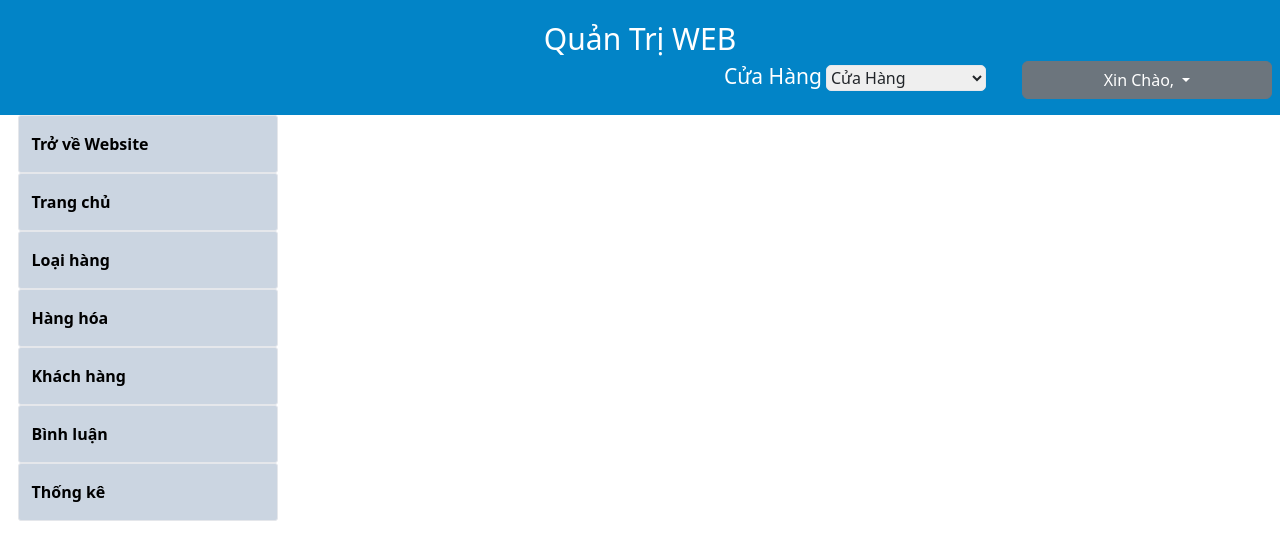
Repository: Leduc20/Website-Shopping-Clothes-Men-master
Page: http://localhost/webbanhang/admin/?danh-muc
The author's editor kept a copy of each file at every save. The page is drawn from the files as they stood at one save, then again after a run of saves.
The browser window is 1280 px wide. The pictures show the whole page.
Some web fonts or font styles are not loaded; a fallback is used. Some web libraries are served in a nearby version. The page is run by PHP 8.4 with error messages shown; the project is at /var/www/html/.

Above is the page before, as saved 2022-11-14 19:18:11.

### admin/index.php
<?php
    require_once '../global.php';
    require_once '../model/pdo.php';
    if(isset($_GET['danh-muc'])){
        $VIEW_AD = './danh-muc/index.php';
    }
    else{
        $VIEW_AD = 'home.php';
    }
    // require_once '../admin/danh-muc/index.php';

    include_once '../admin/layout.php';

?>

### global.php
<?php

function dd(){
    echo "<pre>";
    $args = func_get_args();
    var_dump($args);
    die;
}


const BASE_URL = "http://localhost/WEBBANHANG/";
const SITE_URL = BASE_URL . "site/index.php";
const ADMIN_BASE = BASE_URL . 'admin/';


?>

### model/pdo.php
<?php
const DBNAME = "mvc";
const DBUSER = "root";
const DBPASS = "";
const DBCHARSET = "utf8";
const DBHOST = "127.0.0.1";

// tạo kết nối từ project php sang mysql
function getConnect(){
    $connect = new PDO("mysql:host=" . DBHOST
                        . ";dbname=" . DBNAME
                        . ";charset=" . DBCHARSET,
                        DBUSER,
                        DBPASS
            );
    return $connect;
}



function pdo_query_all($query){
    // select * from users where email = ? or role_id = ?

    $args = func_get_args();
    $args = array_slice($args, 1);

    $conn = getConnect();

    $stmt = $conn->prepare($query);
    $stmt->execute($args);
    $data = $stmt->fetchAll();
    if(count($data) > 0){
        return $data;
    }

    return [];

}


function pdo_query_one($query){
    // select * from users where email = ? or role_id = ?

    $args = func_get_args();
    $args = array_slice($args, 1);

    $conn = getConnect();

    $stmt = $conn->prepare($query);
    $stmt->execute($args);
    $data = $stmt->fetch();
    if(count($data) > 0){
        return $data;
    }
    return null;

}


function pdo_execute_get_id($query){

    $args = func_get_args();
    $args = array_slice($args, 1);

    $conn = getConnect();

    $stmt = $conn->prepare($query);
    $stmt->execute($args);
    $lastId =  $conn->lastInsertId();
    return $lastId;
}


function pdo_execute($query){

    $args = func_get_args();
    $args = array_slice($args, 1);

    $conn = getConnect();

    $stmt = $conn->prepare($query);
    $stmt->execute($args);

}
?>

### admin/layout.php
<!DOCTYPE html>
<html lang="en">

<head>
    <meta charset="UTF-8">
    <meta http-equiv="X-UA-Compatible" content="IE=edge">
    <meta name="viewport" content="width=device-width, initial-scale=1.0">
    <title>Show_Product</title>
    <script src="https://cdn.tailwindcss.com"></script>
    <link rel="stylesheet" href="https://cdn.jsdelivr.net/npm/bootstrap@5.2.0/dist/css/bootstrap.min.css">
    <script src="https://cdn.jsdelivr.net/npm/bootstrap@5.2.0/dist/js/bootstrap.bundle.min.js"></script>
    <link rel="stylesheet" href="../public/icon/fontawesome-free-6.1.1-web/css/all.min.css">
    <script src="https://ajax.aspnetcdn.com/ajax/jQuery/jquery-3.2.1.min.js"></script>
    <script src="http://ajax.aspnetcdn.com/ajax/jquery.validate/1.9/jquery.validate.min.js" type="text/javascript"></script>
</head>

<body>
    <section class="">
        <section class="bg-sky-600 py-3 px-2">
            <?php include_once $VIEW_ADMIN = 'header.php'; ?>
        </section>
        <div class="flex px-2">
            <div>
                <?php include_once $VIEW_ADMIN = 'menu.php'; ?>
            </div>
            <div>
                <?php include_once $VIEW_AD ?>
            </div>
        </div>
    </section>
</body>

</html>

### admin/header.php
<p class="text-center text-white text-[30px]">Quản Trị WEB</p>
        <div class="flex justify-end">
            <form action="">
                <span class="text-white text-[21px]">Cửa Hàng</span>
                <select name="" id="" class="border-[1px] w-[160px] rounded-[5px]">
                    <option value="">Cửa Hàng</option>
                    <option value="">A</option>
                    <option value="">b</option>
                    <option value="">c</option>
                </select>
            </form>
            <div class="dropdown ml-9 w-[250px]">
                <span class="btn btn-secondary dropdown-toggle w-[250px]" href="#" role="button" data-bs-toggle="dropdown" aria-expanded="false">

                    Xin Chào,<?php
                                if (isset($_SESSION['user'])) {
                                    extract($_SESSION['user']);
                                    echo '<span class="">' . $name . '</span>';
                                }

                                ?>
                </span>

                <ul class="dropdown-menu">
                    <li><a class="dropdown-item" href="#"><i class="fa-solid fa-user"></i>Tài khoản</a></li>
                    <li><a class="dropdown-item" href="index.php?act=thoat"><i class="fa-solid fa-arrow-right-from-bracket"></i>Thoát</a></li>

                </ul>
            </div>
        </div>

### admin/menu.php
<div  class="w-[270px]">
            <ul>
                <li class="ml-[10px] py-3 ml-1 border-[1px] bg-slate-300 rounded-[3px] font-bold hover:bg-white">
                    <a class="no-underline text-black" href="<?= SITE_URL . "?list-danh-muc"?>"><i class="fa-solid fa-house"></i>Trở về Website</a>
                </li>
                <li class="ml-[10px] py-3 ml-1 border-[1px] bg-slate-300 rounded-[3px] font-bold hover:bg-white">
                    <a class="no-underline text-black" href="index.php"><i class="fa-solid fa-store"></i>Trang chủ</a>
                </li>
                <li class="ml-[10px] py-3 ml-1 border-[1px] bg-slate-300 rounded-[3px] font-bold hover:bg-white">
                    <a class="no-underline text-black" href="<?= ADMIN_BASE . "?danh-muc"?>"><i class="fa-solid fa-list"></i>Loại hàng</a>
                </li>
                <li class="ml-[10px] py-3 ml-1 border-[1px] bg-slate-300 rounded-[3px] font-bold hover:bg-white">
                    <a class="no-underline text-black" href="index.php?act=addhh"><i class="fa-solid fa-cart-shopping"></i>Hàng hóa</a>
                <li class="ml-[10px] py-3 ml-1 border-[1px] bg-slate-300 rounded-[3px] font-bold hover:bg-white">
                    <a class="no-underline text-black" href="index.php?act=addkh"><i class="fa-solid fa-users"></i>Khách hàng</a>
                </li>
                <li class="ml-[10px] py-3 ml-1 border-[1px] bg-slate-300 rounded-[3px] font-bold hover:bg-white">
                    <a class="no-underline text-black" href="index.php?act=dsbl"><i class="fa-solid fa-comments"></i>Bình luận</a>
                </li>
                <li class="ml-[10px] py-3 ml-1 border-[1px] bg-slate-300 rounded-[3px] font-bold hover:bg-white">
                    <a class="no-underline text-black" href="index.php?act=dstk"><i class="fa-solid fa-chart-simple"></i>Thống kê</a>
                </li>
            </ul>
        </div>

### admin/danh-muc/index.php
<?php

define('__ROOT__', dirname(dirname(__FILE__)));
require_once '../global.php';
require_once  '../model/pdo.php';
require_once  '../model/category_dao.php';
if(isset($_GET['add-danh-muc'])){
    $VIEW_AD = './danh-muc/add-danh-muc.php';
}elseif(isset($_GET['edit-danh-muc'])){
    $VIEW_AD = './danh-muc/edit-danh-muc.php';
}
else{
    $VIEW_AD = 'danh-sach.php';
}


// if(isset($_GET['tao-moi'])){
//     $VIEW_NAME = 'tao-form.php';
// }elseif(isset($_GET['sua'])){
//     $id = $_GET['id'];
//     $VIEW_NAME = 'sua-form.php';
// }elseif(isset($_GET['xoa'])){
//     require_once '../../dao/product_dao.php';
//     $id = $_GET['id'];
//     product_remove_by_cate_id($id);
//     category_remove_by_id($id);
//     header('location: ' . ADMIN_BASE . '/danh-muc/index.php');
//     die;
//     // thực hiện hành động xoá
//     // điều hướng về danh sách
// }else{
//     $VIEW_NAME = 'danh-sach.php';
// }
?>

### model/category_dao.php
<?php
function category_remove_by_id($cate_id){
    $query = "delete from categories where id = ?";
    pdo_execute($query, $cate_id);
}

?>

### admin/danh-muc/add-danh-muc.php
<div>
                <form action="index.php?act=addlh" method="post" id="check-line" enctype="multipart/form-data">
                    <p class="font-bold mt-3 mb-2">Mã loại</p>
                    <input class="border w-full p-2 rounded-[4px]" placeholder="Không cần nhập" type="text" name="" id="">
                    <p class="font-bold mt-3 mb-2">Tên loại</p>
                    <input class="border w-full p-2 rounded-[4px]" type="text" name="tenloai" id="tenloai"> <br>
                    <!-- <button type="submit" class="p-2 rounded border mt-3">Thêm mới</button> -->
                    <!-- <button type="submit" name="themmoi">Thêm mới</button> -->
                    <button class="bg-blue-500 hover:bg-blue-700 text-white font-bold py-2 px-4 border border-blue-700 rounded" type="submit" name="themmoi">
                    Thêm mới
                    </button>
                    <button type="reset" class="bg-blue-500 hover:bg-blue-700 text-white font-bold py-2 px-4 border border-blue-700 rounded">Nhập lại</button>
                    <a class="bg-blue-500 hover:bg-blue-700 text-white font-bold py-2 px-4 border border-blue-700 rounded no-underline" href="index.php?act=dslh">Danh sách</a>
                </form>
            </div>

Loaded but not shown: site/src/font/css/all.min.css (library)

After the next 4 saves:
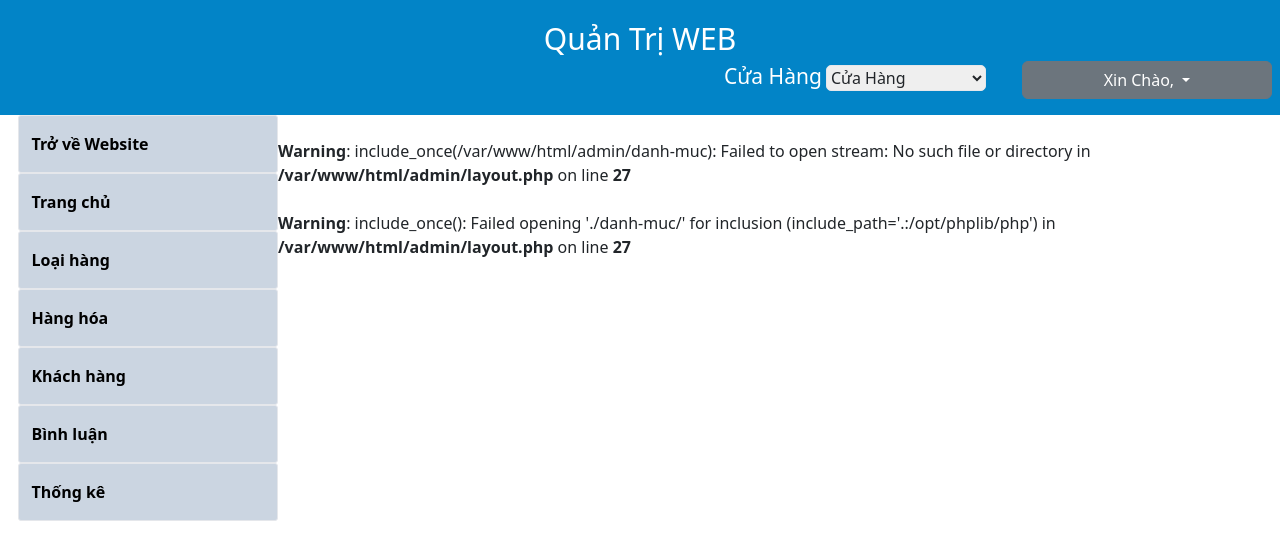
The 4 saves are shown as one change because they came seconds apart.
The last was saved 100 s later.
--- a/admin/index.php
+++ b/admin/index.php
@@ -2,7 +2,7 @@
     require_once '../global.php';
     require_once '../model/pdo.php';
     if(isset($_GET['danh-muc'])){
-        $VIEW_AD = './danh-muc/index.php';
+        $VIEW_AD = './danh-muc/';
     }
     else{
         $VIEW_AD = 'home.php';

After the save that followed:
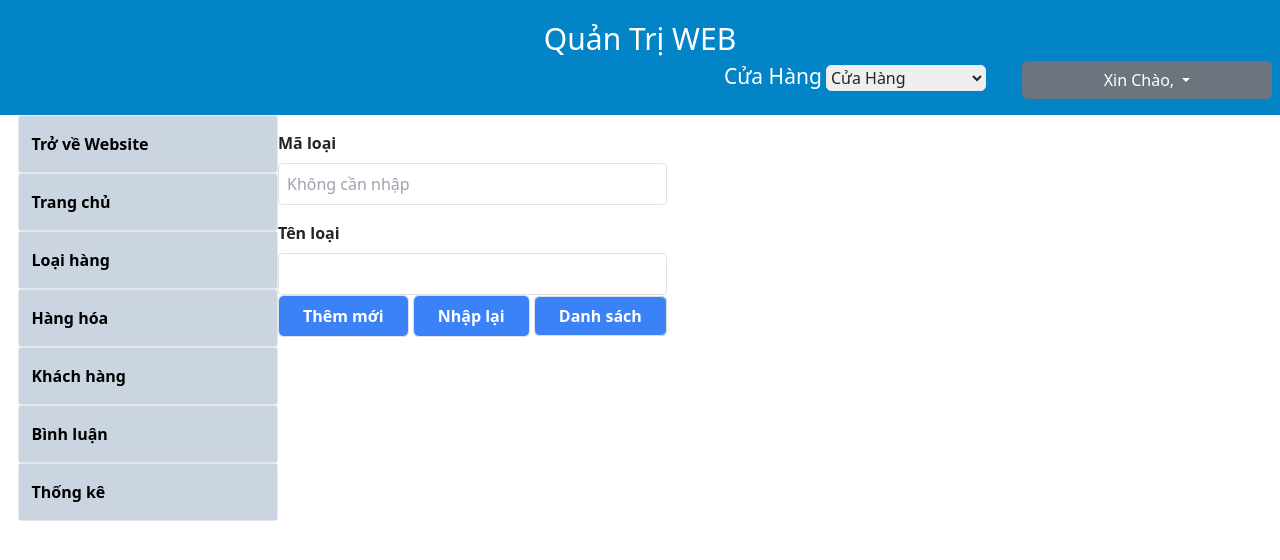
Saved 8 s later.
--- a/admin/index.php
+++ b/admin/index.php
@@ -2,7 +2,7 @@
     require_once '../global.php';
     require_once '../model/pdo.php';
     if(isset($_GET['danh-muc'])){
-        $VIEW_AD = './danh-muc/';
+        $VIEW_AD = './danh-muc/add-danh-muc.php';
     }
     else{
         $VIEW_AD = 'home.php';
